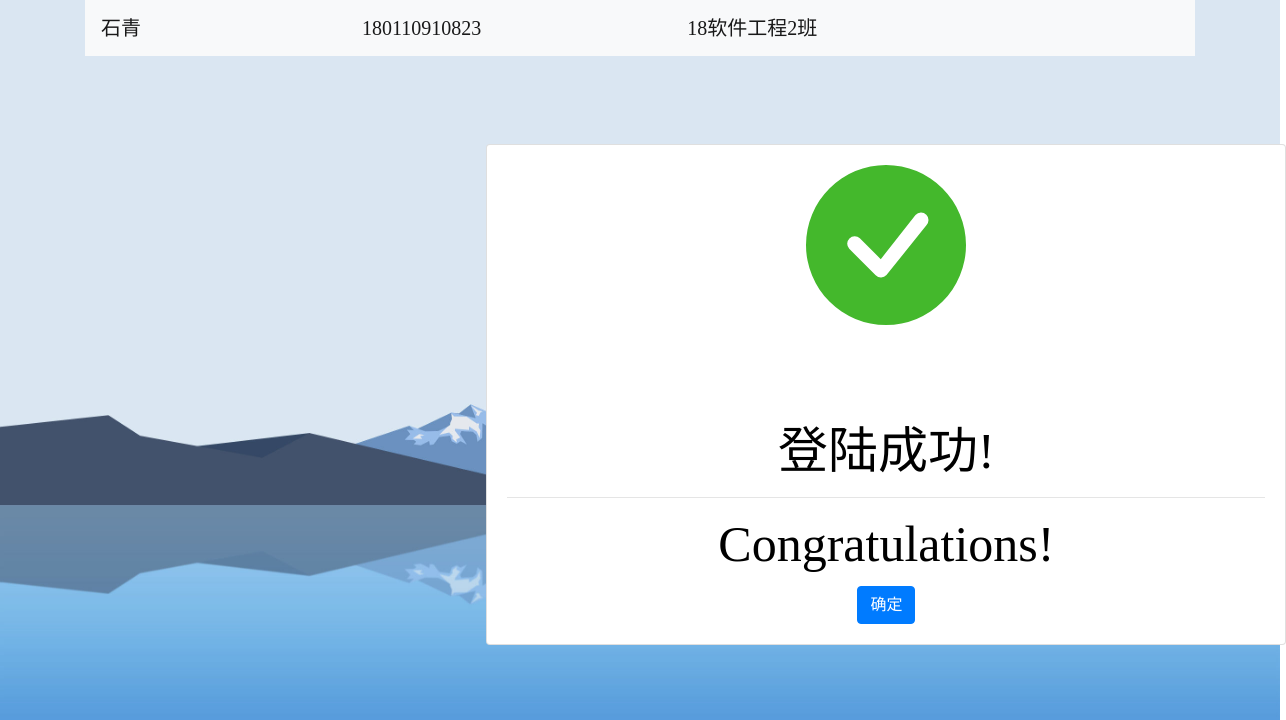
Repository: sqsssq/JavaWeb
Page: class1/IDEA/web/successful.html
The author's editor kept a copy of each file at every save. The page is drawn from the files as they stood at one save, then again after the next save.
The browser window is 1280 px wide. The page is 1286 px wide, so the pictures cover 1286 px, including what lies to the right of the window. The pictures show the whole page.

Above is the page before, as saved 2020-09-25 00:49:49.

After the next save:
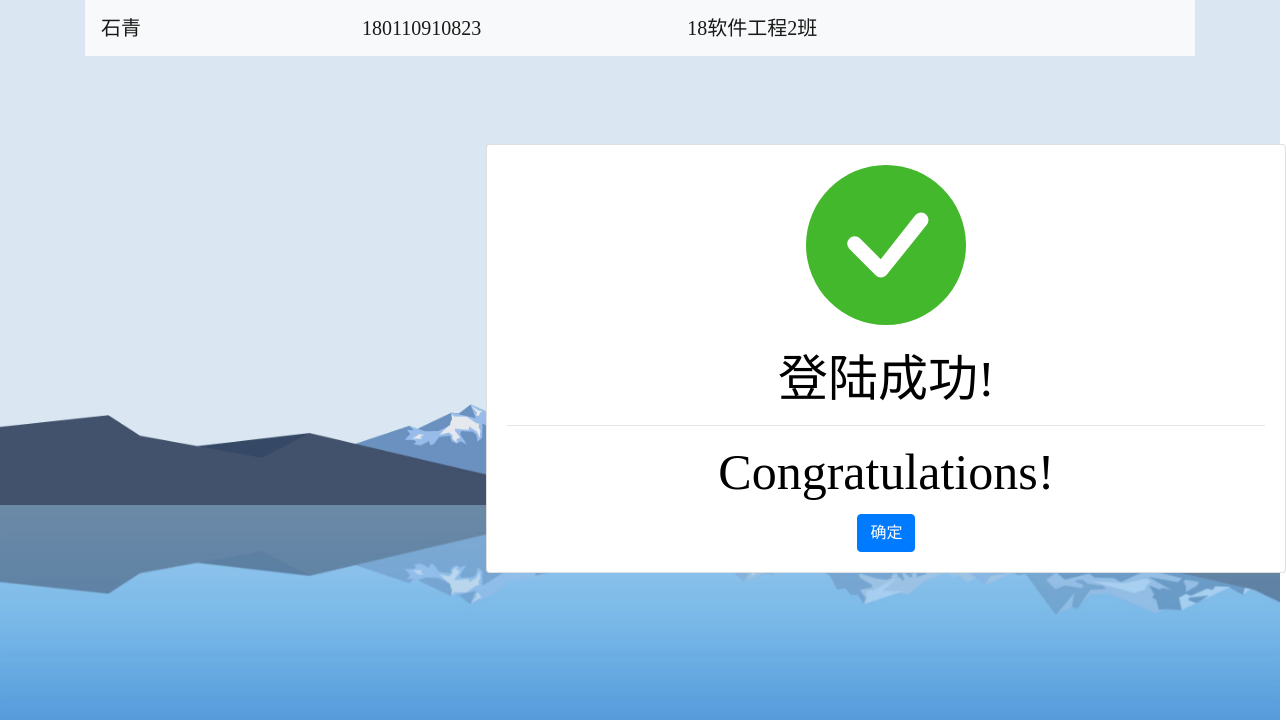
Saved 8 s later.
--- a/class1/IDEA/web/successful.html
+++ b/class1/IDEA/web/successful.html
@@ -1,7 +1,7 @@
 <!--
  * @Author: your name
  * @Date: 2020-09-23 10:46:47
- * @LastEditTime: 2020-09-25 00:49:49
+ * @LastEditTime: 2020-09-25 00:49:57
  * @LastEditors: Please set LastEditors
  * @Description: In User Settings Edit
  * @FilePath: \IDEA\web\successful.html
@@ -63,7 +63,7 @@
                         <path fill-rule="evenodd"
                             d="M16 8A8 8 0 1 1 0 8a8 8 0 0 1 16 0zm-3.97-3.03a.75.75 0 0 0-1.08.022L7.477 9.417 5.384 7.323a.75.75 0 0 0-1.06 1.06L6.97 11.03a.75.75 0 0 0 1.079-.02l3.992-4.99a.75.75 0 0 0-.01-1.05z" />
                     </svg>
-                    <br> <br> <br> <br> <br>
+                    <br> <br>
                     <h3 class="card-title" style="color: black; font-size: 50px;">登陆成功!</h3>
                     <hr>
                     <h3 class="card-title" style="color: black; font-size: 50px;">Congratulations!</h3>
